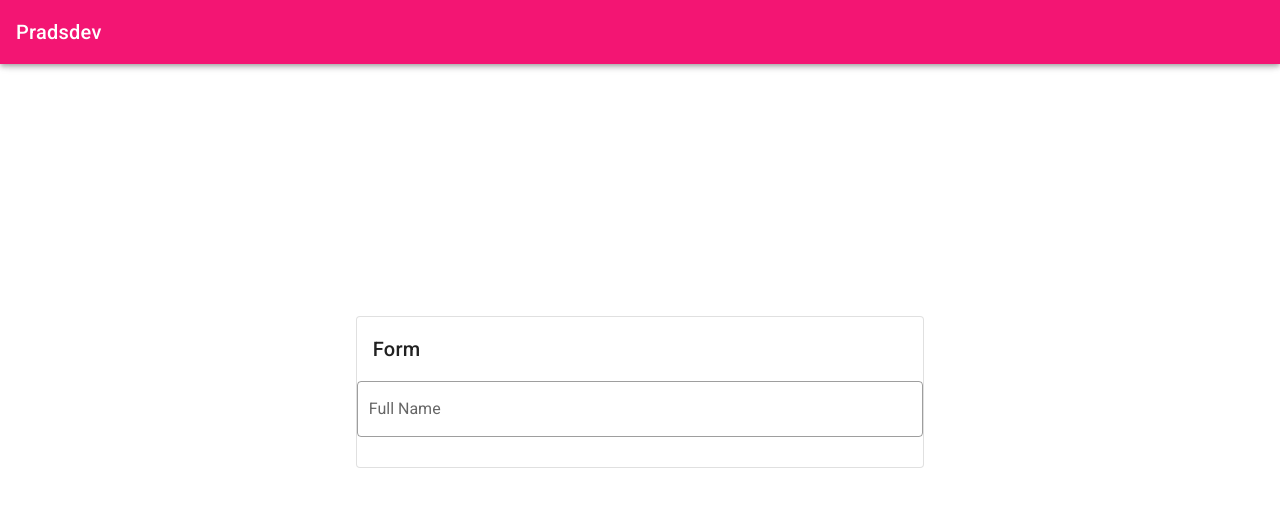
Repository: pradsdev/vue-form-validate
Page: /
The author's editor kept a copy of each file at every save. The page is drawn from the files as they stood at one save, then again after the next save.
The browser window is 1280 px wide. The pictures show the whole page.
The project was rebuilt for these pictures with package versions that can differ from the ones it lists, and the page was loaded fresh each time. Also part of the build but not shown: vue.config.js.

Above is the page before, as saved 2020-12-21 22:50:52.

After the next save:
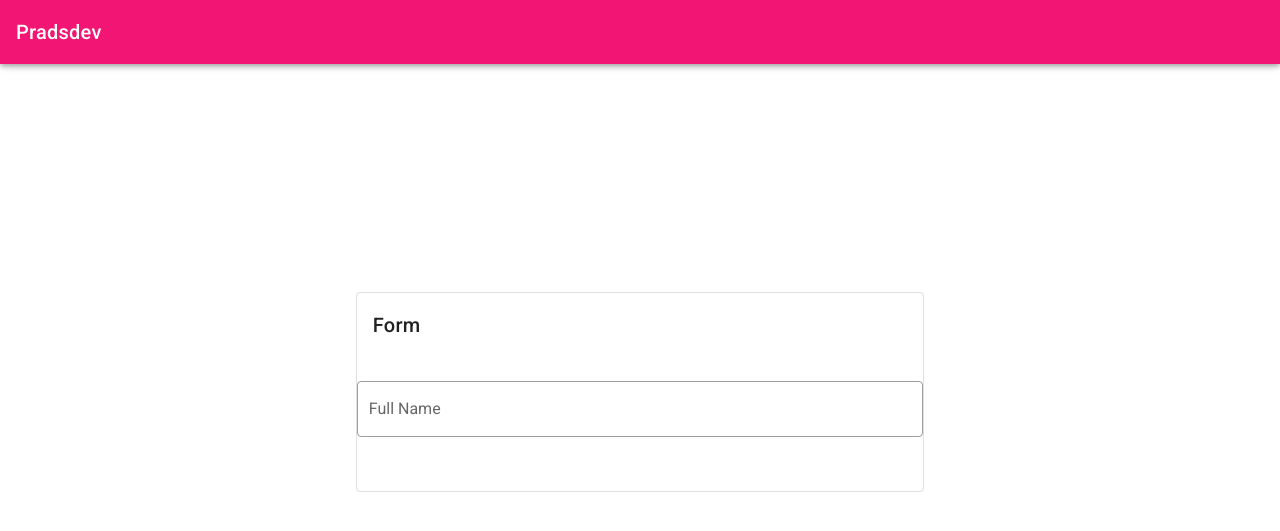
Saved 17 s later.
--- a/src/components/HelloWorld.vue
+++ b/src/components/HelloWorld.vue
@@ -6,7 +6,7 @@
           <v-card-title>
             Form
           </v-card-title>
-          <v-card-content>
+          <v-card-content class="mx-4">
             <v-form>
               <v-text-field outlined label="Full Name"/>
             </v-form>

After the 2 saves that followed:
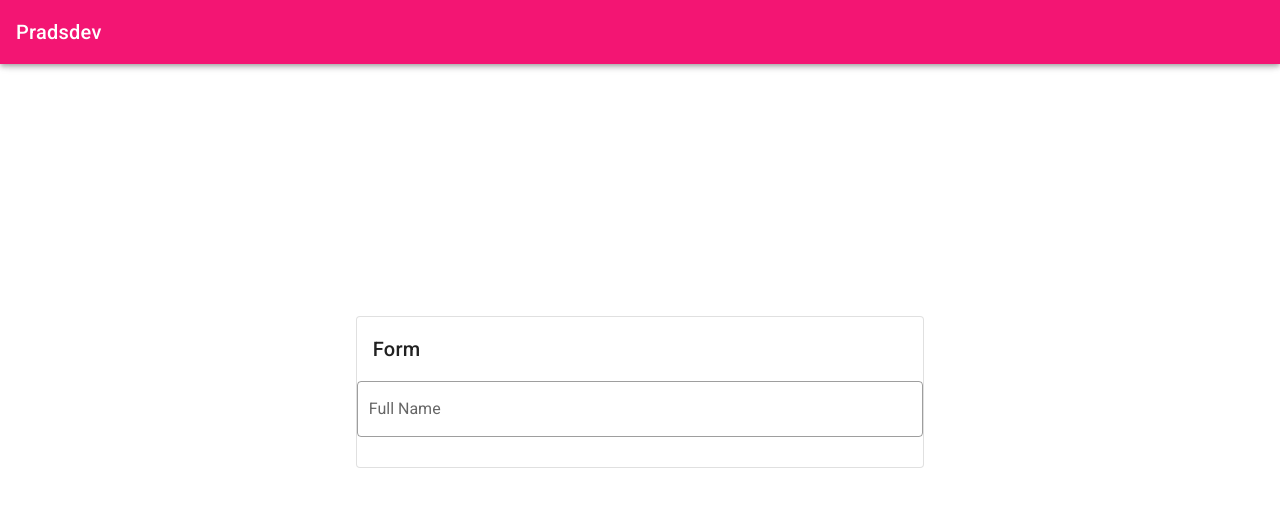
The 2 saves are shown as one change because they came seconds apart.
The last was saved 37 s later.
--- a/src/components/HelloWorld.vue
+++ b/src/components/HelloWorld.vue
@@ -6,7 +6,7 @@
           <v-card-title>
             Form
           </v-card-title>
-          <v-card-content class="mx-4">
+          <v-card-content>
             <v-form>
               <v-text-field outlined label="Full Name"/>
             </v-form>
